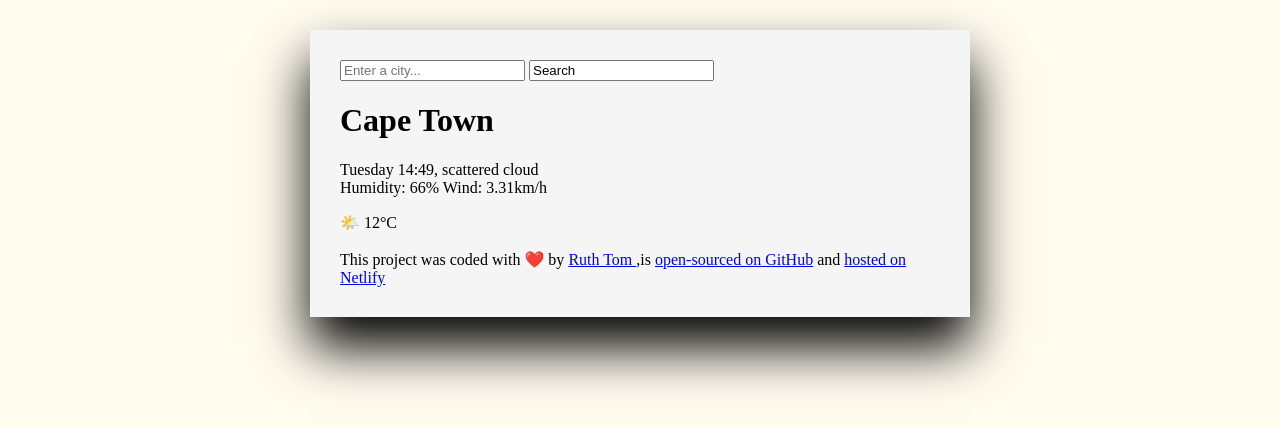
Repository: RuthTom711/Weatherly-App
Page: index.html
An editor plug-in stored every save of this project. The page is shown before and after the next save, followed by the edit.
The browser window is 1280 px wide. The pictures show the whole page.

Above is the page before, as saved 2025-11-10 21:02:47.

### index.html
<!DOCTYPE html>
<html lang="en">
  <head>
    <meta charset="UTF-8" />
    <meta name="viewport" content="width=device-width, initial-scale=1.0" />
    <title>Weatherly App</title>
  </head>
  <body>
    <div class="weather-app">
    <header>
        <form>
            <input type="search" placeholder="Enter a city..." required/>
            <input type="Subnit" value="Search"/>
            <link rel="stylesheet" href="src/styles.css">
        </form>


    </header>

    <main>
    <div>
    <h1>Cape Town</h1>
    <p>
        Tuesday 14:49, scattered cloud
        <br />
        Humidity: 66% Wind: 3.31km/h
    </p>
    </div>
    <div>
    🌤️ 12°C
    </div>
    </main>

    <br />
    <footer>
      This project was coded with ❤️ by
      <a href="https://github.com/RuthTom711" target="_blank"> Ruth Tom </a>,is
      <a href="https://github.com/RuthTom711/Weatherly-App" target="_blank">
        open-sourced on GitHub</a
      >
      and
      <a
        href="https://app.netlify.com/projects/ruth-weatherly-app/"
        target="_blank"
      >
        hosted on Netlify</a
      >
    </footer>
    </div>
  </body>
</html>

### src/styles.css
body {
    background-color: #fffbef;
}

.weather-app{
    background: whitesmoke;
    max-width: 600px;
    margin: 30px auto;
    padding: 30px;
    box-shadow: 0 30px 50px ;

}

After the next save:
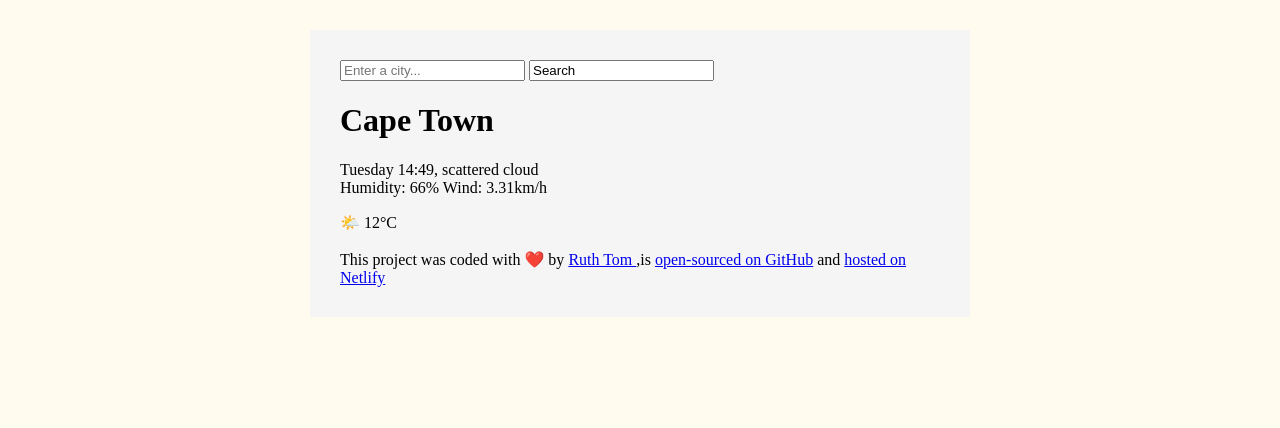
Saved 4 s later.
--- a/src/styles.css
+++ b/src/styles.css
@@ -7,6 +7,6 @@ body {
     max-width: 600px;
     margin: 30px auto;
     padding: 30px;
-    box-shadow: 0 30px 50px ;
+    box-shadow: 0 30px 50px rgba;
 
 }
